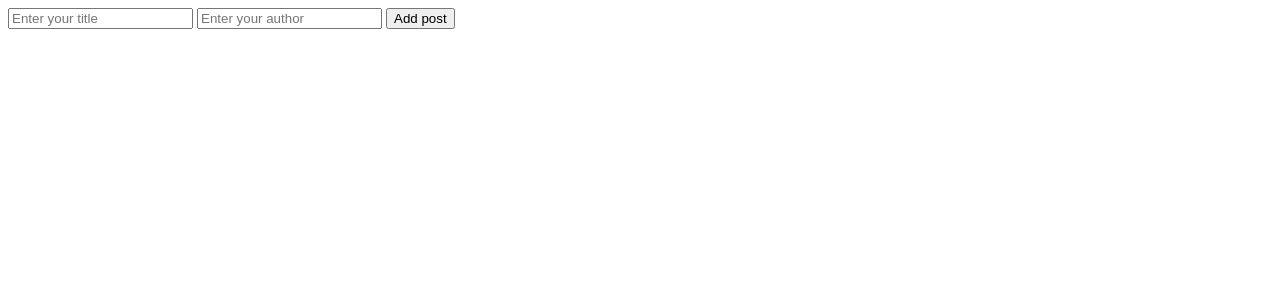
Repository: thuan711/All-about-JS
Page: api/api.html
These files come from the project's save history. The page is drawn as it stood at one moment and after the next save; the edit follows.
The browser window is 1280 px wide. The pictures show the whole page.

Above is the page before, as saved 2023-01-21 15:45:03.

### api/api.html
<!DOCTYPE html>
<html lang="en">
<head>
    <meta charset="UTF-8">
    <meta http-equiv="X-UA-Compatible" content="IE=edge">
    <meta name="viewport" content="width=device-width, initial-scale=1.0">
    <title>Document</title>
    <!-- <style>
        .joke {
            display: flex;
            flex-direction: column;
            justify-content: center;
            align-items: center;
            padding: 100px 50px;
            border-radius: 8px;
            border: 1px solid #eee;
          }
          .joke-heading {
            font-size: 30px;
            font-weight: 500;
            line-height: 1.5;
            margin-bottom: 30px;
            text-align: center;
          }
          .joke-button {
            border: 0;
            outline: none;
            display: block;
            cursor: pointer;
            padding: 0 30px;
            border-radius: 8px;
            color: white;
            background-color: #20e3b2;
            position: relative;
            height: 55px;
            width: 100%;
            max-width: 200px;
          }
          .loader {
            width: 20px;
            height: 20px;
            border: 3px solid white;
            border-left: 3px solid transparent;
            border-radius: 50%;
            position: absolute;
            top: 50%;
            left: 50%;
            transform: translate(-50%, -50%);
            animation: spin 1s infinite linear forwards;
            display: none;
          }
          @keyframes spin {
            to {
              transform: translate(-50%, -50%) rotate(360deg);
            }
          }
          .joke.is-loading .joke-button {
            opacity: 0.5;
            pointer-events: none;
          }
          .joke.is-loading .joke-button .loader {
            display: block;
          }
          .joke.is-loading .joke-button span {
            display: none;
          }
    </style> -->
    <style>
        .images {
            padding: 50px;
            display: grid;
            grid-template-columns: repeat(4, 1fr);
            grid-gap: 25px;
          }
          .image-item {
            height: 220px;
            padding: 10px;
            border-radius: 10px;
            background-color: white;
            border: 1px solid #eee;
          }
          .image-item img {
            width: 100%;
            height: 100%;
            object-fit: cover;
          }
          .load-more {
            display: block;
            width: max-content;
            padding: 15px 30px;
            border-radius: 4px;
            color: white;
            background-color: #6a5af9;
            border: 0;
            margin: 25px auto;
          }
          .image-loader {
            position: fixed;
            top: 50%;
            left: 50%;
            transform: translate(-50%, -50%);
            animation: spin 1s infinite linear forwards;
            width: 50px;
            height: 50px;
            border: 5px solid #6a5af9;
            border-right: 5px solid transparent;
            border-radius: 50%;
          }
          @keyframes spin {
            to {
              transform: translate(-50%, -50%) rotate(360deg);
            }
          }
    </style>
</head>
<body>
    <!-- <div class="joke">
        <h1 class="joke-heading"></h1>
        <button class="joke-button">
            <div class="loader"></div>
            <span>Get random joke</span>
          </button>

    </div> -->
    <!-- <div class="username"></div> -->

    <!-- <div class="images">
        <div class="image-loader"></div>
        <img src="https://source.unsplash.com/random" alt="">
    </div>
    <button class="load-more">Load more</button> -->
    <form class="form-post">
        <input type="text" name="title" placeholder="Enter your title">
        <input type="text" name="author" placeholder="Enter your author">
        <button type="submit">Add post</button>
    </form>
    <script src="./placeholder.js"></script>

</body>
</html>

Loaded but not shown: api/placeholder.js (no stored copy; drawn as an empty file)

After the next save:
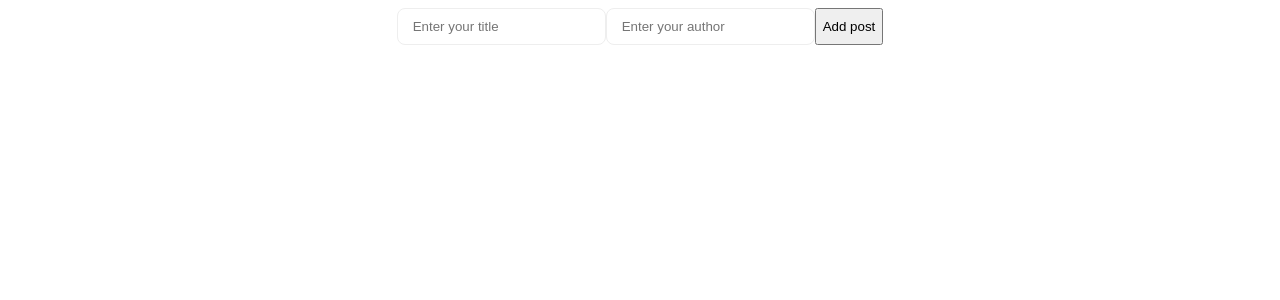
Saved 2 min 22 s later.
--- a/api/api.html
+++ b/api/api.html
@@ -111,7 +111,18 @@
               transform: translate(-50%, -50%) rotate(360deg);
             }
           }
+          /*json placeholder*/
+          .form-post{
+            display: flex;
+            justify-content: center;
+          }
+          .form-post input{
+            padding: 10px 15px;
+            border: 1px solid #eee;
+            border-radius: 8px;
+          }
     </style>
+
 </head>
 <body>
     <!-- <div class="joke">
